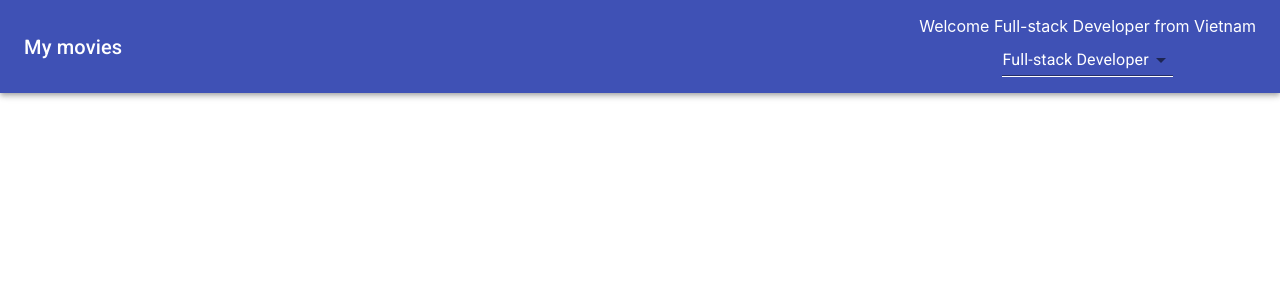
Repository: baodien1405/movie-app
Page: /
These files come from the project's save history. The page is drawn as it stood at one moment and after the next save; the edit follows.
The browser window is 1280 px wide. The pictures show the whole page.
The project was rebuilt for these pictures with package versions that can differ from the ones it lists, and the page was loaded fresh each time. Also part of the build but not shown: src/App.css.

Above is the page before, as saved 2021-06-01 18:34:31.

After the next save:
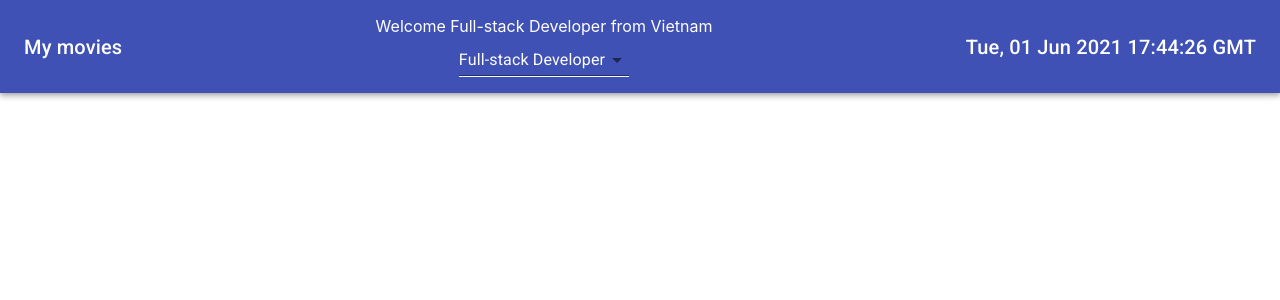
Saved 4 min 7 s later.
--- a/src/components/Navbar/Navbar.component.tsx
+++ b/src/components/Navbar/Navbar.component.tsx
@@ -12,7 +12,8 @@ const useStyles = makeStyles((theme: Theme) => createStyles({
 
 function Navbar() {
   const classes = useStyles();
-  const [position, setPosition] = useState<string>("Full-stack Developer")
+  const [position, setPosition] = useState<string>("Full-stack Developer");
+  const [time, setTime] = useState<Date>(() => new Date(Date.now()));
 
   const onPositionChange = (
     event: ChangeEvent<{
@@ -38,6 +39,12 @@ function Navbar() {
               </FormControl>
             </Box>
           </Box>
+
+          <Box textAlign="center">
+            <Box my={1}>
+              <Typography variant="h6">{time.toUTCString()}</Typography>
+            </Box>
+          </Box>
         </Box>
       </Toolbar>
     </AppBar>
